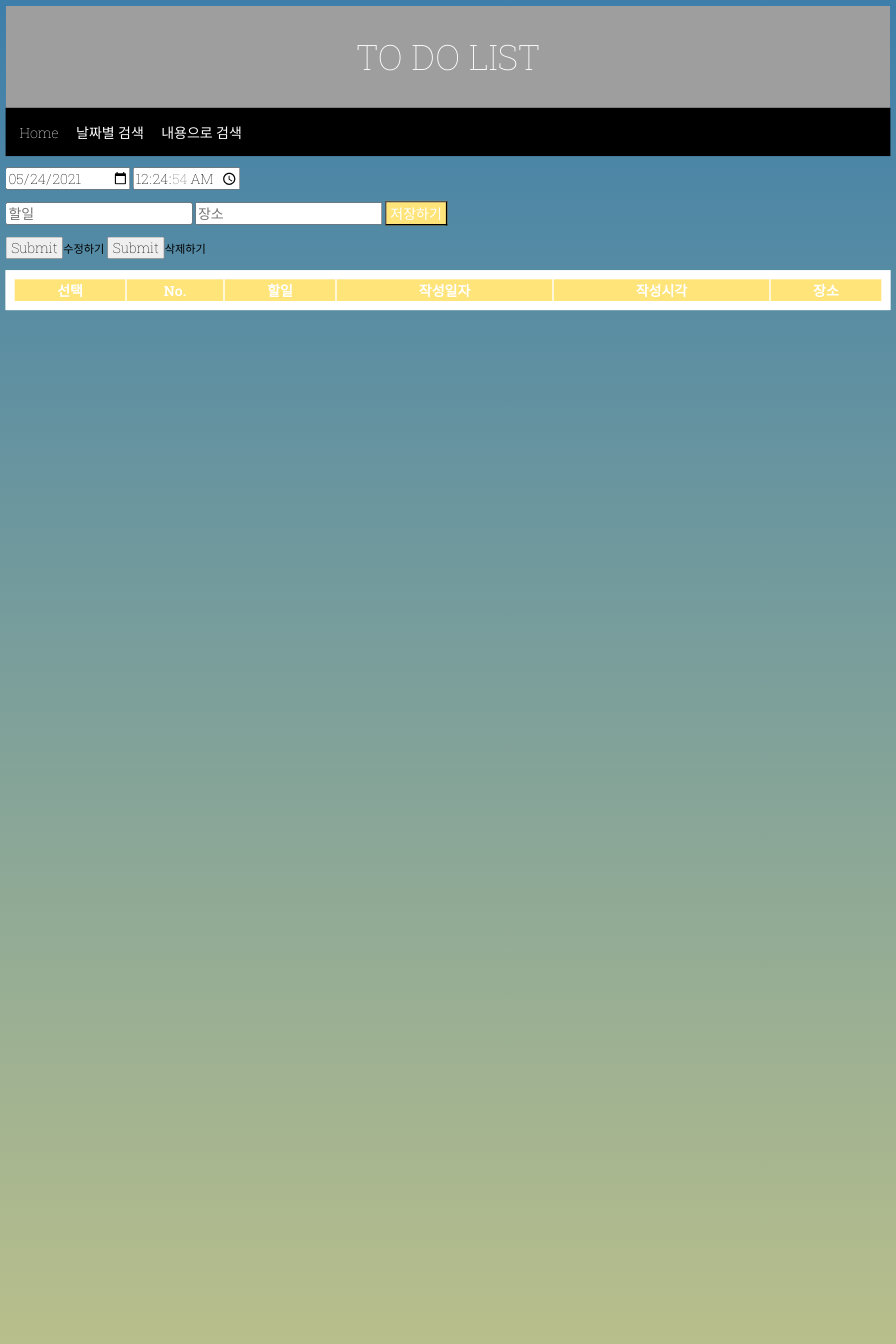
Repository: kimyoungjin98/Exam_Project
Page: http://localhost/Server_PR_TodoList/
An editor plug-in stored every save of this project. The page is shown before and after the next save, followed by the edit.
The browser window is 1280 px wide. The pictures show the part of the page from y = 0 to 1920 px (the page is 3014 px tall before and 3017 px after), at 70% of full size.
Pictures or frames that could not be fetched are drawn as grey boxes. Some web fonts or font styles are not loaded; a fallback is used. The page is served by Tomcat 9. Queries for data that is not in the repository find no rows.

Above is the page before, as saved 2021-05-25 04:24:23.

After the next save:
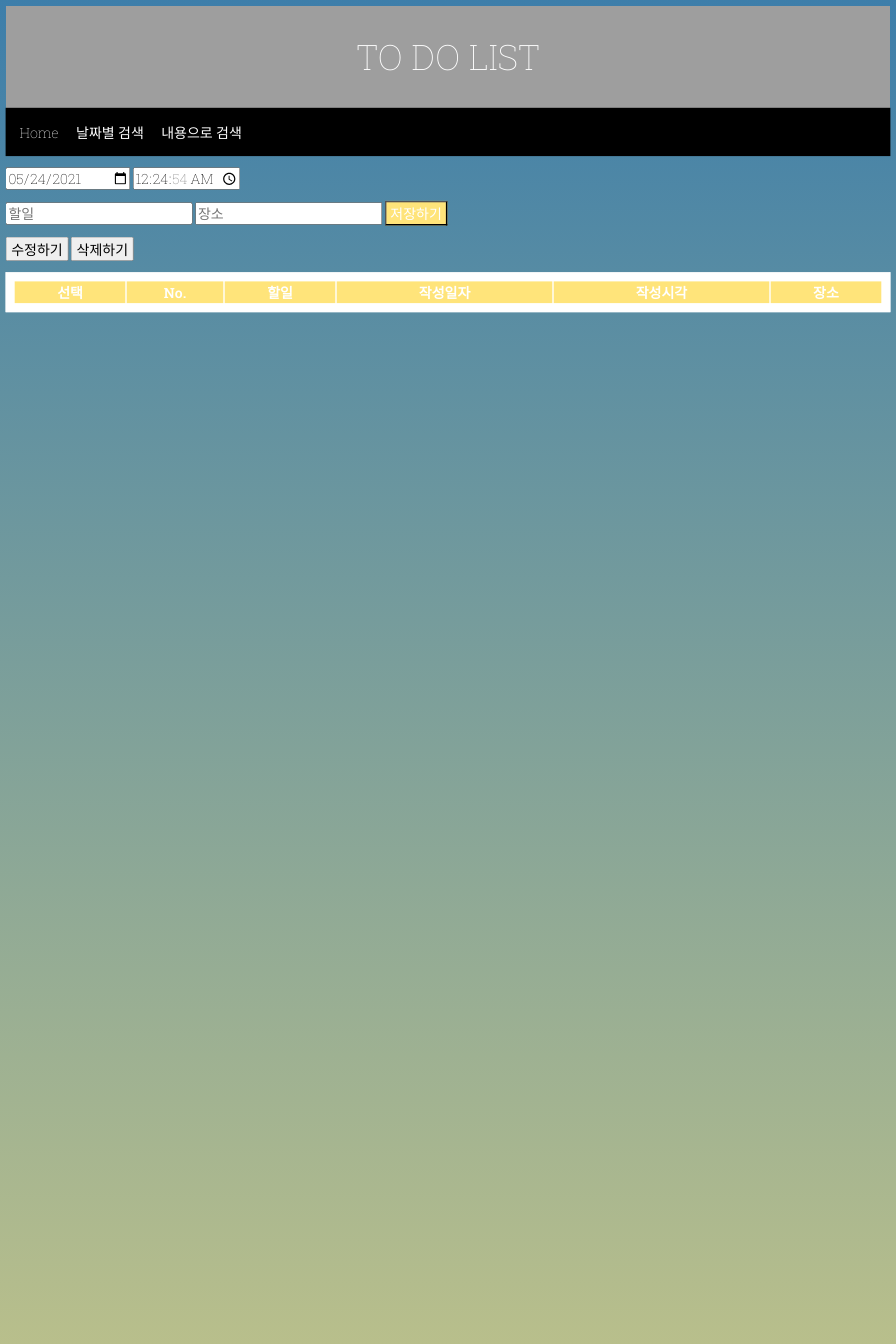
Saved 51 s later.
--- a/Server_PR_TodoList/src/main/webapp/WEB-INF/views/home.jsp
+++ b/Server_PR_TodoList/src/main/webapp/WEB-INF/views/home.jsp
@@ -105,8 +105,8 @@ table th{
 	<%@ include file="/WEB-INF/views/write.jsp" %>
 	<p>
 
-	<input type="submit">수정하기</input>
-	<input type="submit">삭제하기</input>
+	<input type="submit" value="수정하기" class="update"></input>
+	<input type="submit" value="삭제하기" class="delete"></input>
 
 		<table>
 		<div>
